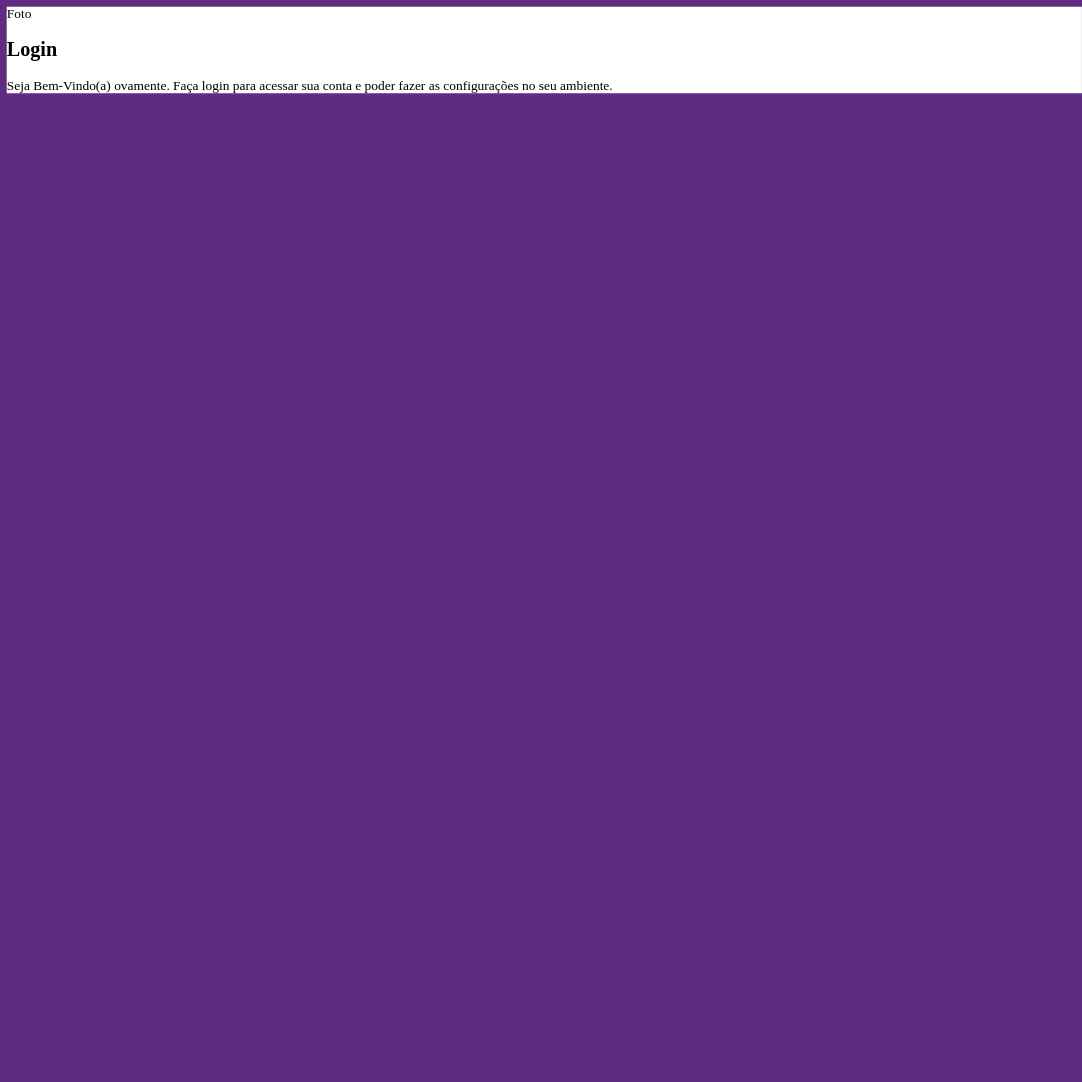
Repository: Guillermomarcon/Projeto-Login
Page: index.html
An editor plug-in stored every save of this project. The page is shown before and after a run of saves, followed by the edit.
The browser window is 1280 px wide. The page is 1288 px wide, so the pictures cover 1288 px, including what lies to the right of the window. The pictures show the whole page, at 84% of full size.

Above is the page before, as saved 2022-09-03 14:08:21.

### index.html
<!DOCTYPE html>
<html lang="pt-br">
<head>
    <meta charset="UTF-8">
    <meta http-equiv="X-UA-Compatible" content="IE=edge">
    <meta name="viewport" content="width=device-width, initial-scale=1.0">
    <title>Login</title>
    <link rel="stylesheet" href="estilos/style.css">
</head>
<body>
    <main>
        <section id="login">
            <div id="imagem">
                Foto
            </div>

            <div id="formulario">
                <h1>Login</h1>
                <p>
                    Seja Bem-Vindo(a) ovamente. Faça login para acessar sua conta e poder fazer as configurações no seu ambiente.
                </p>
                <form action="login.php" method="post">


                </form>
            </div>
        </section>
    </main>

</body>
</html>

### estilos/style.css
@charset "utf-8"


/*
Paleta de cores
verde #49a09d
lilas #5f2c82
*/

*{
    font-family: system-ui, -apple-system, BlinkMacSystemFont, 'Segoe UI', Roboto, Oxygen, Ubuntu, Cantarell, 'Open Sans', 'Helvetica Neue', sans-serif;
    padding: 0px;
    margin: 0px;
    box-sizing: border-box;
}

body, html {
    background-color:#5f2c82 ;
    height: 100vw;
    width: 100vh;
}
main {
    position: relative;

    height: 100vw;
    width: 100vw;
}

section#login {
    background-color:white ;
}

After the next 5 saves:
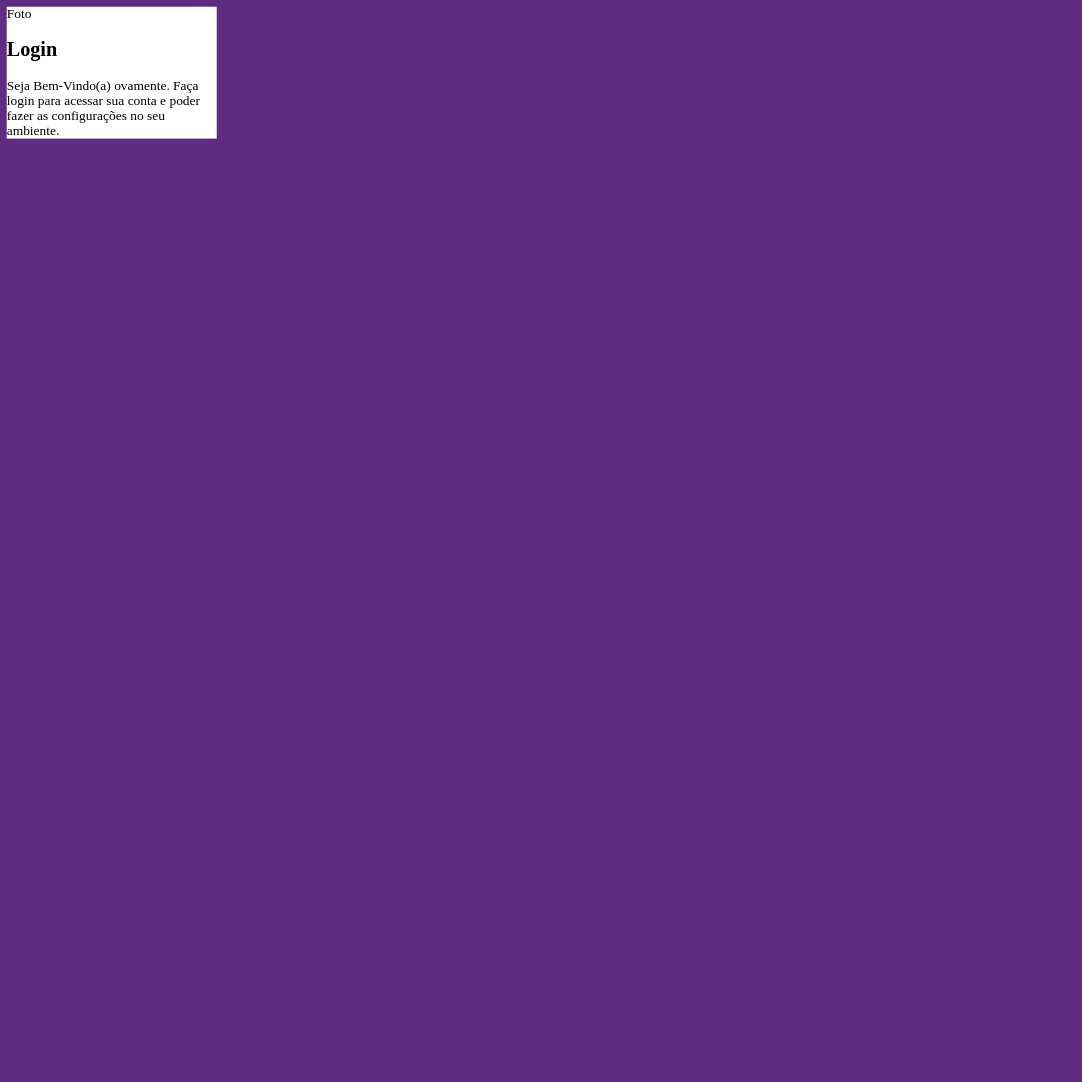
The 5 saves are shown as one change because they came seconds apart.
The last was saved 31 s later.
--- a/estilos/style.css
+++ b/estilos/style.css
@@ -28,4 +28,6 @@ main {
 
 section#login {
     background-color:white ;
+    width: 250px;
+    h
 }
